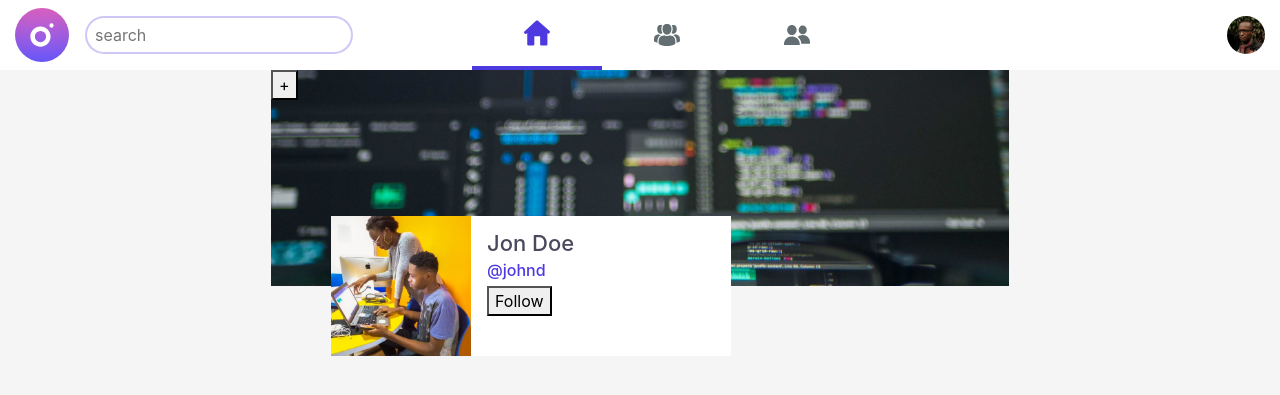
Repository: Flovet-stack/memic
Page: admin-profile.html
These files come from the project's save history. The page is drawn as it stood at one moment and after a run of saves; the edit follows.
The browser window is 1280 px wide. The pictures show the whole page.
Some web fonts or font styles are not loaded; a fallback is used.

Above is the page before, as saved 2020-10-27 23:12:40.
Console error: TypeError: Cannot read properties of undefined (reading 'fn')

### admin-profile.html
<!DOCTYPE html>
<html lang="en">
<head>
    <meta charset="UTF-8">
    <meta name="viewport" content="width=device-width, initial-scale=1.0">
    <link rel="icon" type="image/png" sizes="32x32" href="assets/images/faceit.svg">
    <!-- custom styles -->
    <link rel="stylesheet" href="css/home.css">
    <link rel="stylesheet" href="css/admin-profile.css">

    <!-- custom fonts -->
    <link rel="stylesheet" href="/usr/share/fonts/opentype/malayalam/Manjari-Regular.otf">

    <!-- bootstrap css styles -->
    <link rel="stylesheet" href="dist/css/bootstrap.min.css">
    <title>memes | Home</title>
</head>
<body>
    <!-- start of the home page design template -->

    <!-- start of the head section of the page -->
    <div class="home-head container-fluid">
        <div class="row">
            <div class="home-head-sec-1">
                <div class="logo"><img src="assets/images/faceit.svg" alt=""></div>
                <form>
                    <input data-toggle="tooltip" title="search" type="text" name="" id="" placeholder="search">
                </form>
            </div>
            <div class="home-head-sec-2">
                <a data-toggle="tooltip" title="Home" class="active" href="#">
                    <img class="primary-icon" src="assets/icons/house.svg" alt="">
                    <img class="secondary-icon" src="assets/icons/house-primary.svg" alt="">
                </a>
                <a data-toggle="tooltip" title="Groups" href="#">
                    <img class="primary-icon" src="assets/icons/user-group.svg" alt="">
                    <img class="secondary-icon" src="assets/icons/user-group-primary.svg" alt="">
                </a>
                <a data-toggle="tooltip" title="Friends" href="#">
                    <img class="primary-icon" src="assets/icons/friends.svg" alt="">
                    <img class="secondary-icon" src="assets/icons/friends-primary.svg" alt="">
                </a>
            </div>
            <div class="home-head-sec-3">
                <div class="user-menu">
                    <img src="assets/images/avatar.jpg" alt="">
                </div>
            </div>
        </div>
    </div>
    <!-- end of the head section of the page -->
    <!-- start of the body section of the page -->
    <div class="home-body container-fluid">
        <div class="row">
            <div class="home-center">
                <div class="container-fluid">
                    <div class="profile-card">
                        <div class="profile-cover" style="background: url(assets/images/kevin-ku-w7ZyuGYNpRQ-unsplash.jpg);">
                            <div class="profile-info">
                                <div class="profile-info-pic"><img src="assets/images/Pic.jpg" alt=""></div>
                                <div class="profile-info-details">
                                    <h3>Jon Doe</h3>
                                    <h5>@johnd</h5>
                                    <button class="follow-btn">Follow</button>
                                </div>
                            </div>
                            <button class="change-cover-photo">+</button>
                        </div>
                    </div>
                </div>
            </div>
        </div>
    </div>
    <!-- end of the head section of the page -->

    <!-- end of the home page design template -->

    <script src="dist/js/bootstrap.min.js"></script>
    <script src="https://code.jquery.com/jquery-3.5.1.slim.min.js"
        integrity="sha384-DfXdz2htPH0lsSSs5nCTpuj/zy4C+OGpamoFVy38MVBnE+IbbVYUew+OrCXaRkfj"
        crossorigin="anonymous"></script>
</body>
</html>

### css/home.css
@import 'main-styles.css';
@import 'user-card.css';
@import 'post-card.css';

.home-head {
    width: 100vw;
    height: 70px;
    /* background-color: var(--white-shade-1); */
    background-color: var(--white) !important;
    /* border-bottom: var(--border); */
    padding: var(--padding-1) var(--padding-3);
    position: fixed;
    z-index: 9;
}
.home-head .row {
    text-align: center;
    justify-content: space-between;
}
.home-head-sec-1 {
    width: calc((100vw - 740px) / 2);
    height: calc(70px - (var(--padding-1) * 2));
    display: flex;
}
.home-head-sec-1 .logo {
    height: 100%;
    width: auto;
    display: grid;
    align-items: center;
    justify-content: center;
}
.home-head-sec-1 .logo img {
    height: calc(70px - (var(--padding-1) * 2));
    width: calc(70px - (var(--padding-1) * 2));
}
.home-head-sec-1 form {
    height: 100%;
    width: auto;
    display: grid;
    align-items: center;
    margin-left: var(--padding-2);
}
.home-head-sec-1 form input {
    height: 70%;
    width: auto;
    display: grid;
    justify-content: center;
    outline: none;
    padding: 0 var(--padding-1);
    border: 2px solid var(--secondary-overlay);
    border-radius: var(--border-radius);
    transition-duration: var(--duration);
}
.home-head-sec-1 form input:focus {
    border: 3px solid var(--secondary-overlay);
    transition-duration: var(--duration);
    height: 85%;
}
.home-head-sec-2 {
    height: calc(70px - (var(--padding-1) * 2));
    max-width: 740px;
    width: 740px;
    display: flex;
    align-items: center;
    justify-content: center;
}
.home-head-sec-2 a {
    width: 130px;
    height: 100%;
    display: flex;
    align-items: center;
    justify-content: center;
    outline: none;
    border-radius: var(--border-radius);
    transition-duration: var(--duration);
}
.home-head-sec-2 a:hover {
    background-color: var(--white-shade-1);
    transition-duration: var(--duration);
}
.home-head-sec-2 a img{
    width: 20%;
}
.home-head-sec-3 {
    text-align: right;
    display: grid;
    align-content: center;
    /* background-color: red; */
    width: calc((100vw - 740px) / 2.5);
    height: calc(70px - (var(--padding-1) * 2));
}
.secondary-icon{
    display: none;
}
.home-head-sec-2 a.active {
    height: 70px !important;
    border-radius: 0 !important;
    background-color: transparent;
    border-bottom: 4px solid var(--secondary-color);
}
.home-head-sec-2 .active:hover {
    background-color: transparent !important;
}
.active .secondary-icon {
    display: block;
}
.active .primary-icon {
    display: none;
}
.home-head-sec-3 .user-menu img {
    width: calc(70px - (var(--padding-2) * 2));
    height: calc(70px - (var(--padding-2) * 2));
    border-radius: var(--circular-radius);
}
/* @media (min-width: 768px) {
  .container {
    max-width: 720px;
  }
}

@media (min-width: 992px) {
  .container {
    max-width: 960px;
  }
}

@media (min-width: 1200px) {
  .container {
    max-width: 1140px;
  }
} */

/* start of the home body section */
.home-body {
    width: 100vw;
    /* height: calc(100vh - 70px); */
}
.home-left {
    width: 20vw;
    height: calc(100vh - 70px);
    padding: var(--padding-2);
    position: fixed;
    top: 70px;
    left: 0;
    background-color: var(--white);
}
.home-center {
    /* border-top: var(--border); */
    position: absolute;
    left: 20vw;
    top: 70px;
    width: 60vw;
    height: auto;
    box-sizing: border-box !important;
}
.home-center-sub {
    margin: var(--padding-2) auto;
    width: 75% !important;
    min-width: 430px;
}
.home-right {
    width: 20vw;
    height: calc(100vh - 70px);
    background-color: var(--white);
    position: fixed;
    top: 70px;
    right: 0;
    padding: var(--padding-2);
}
/* end of the home body section */
/* start of the home left section */
.home-left .user-card {
    width: 100%;
}
.home-left .user-card:hover {
    background-color: var(--transparent-overlay);
}
.home-left .user-card .card-time {
    display: none;
}
#home-left-nav-1 {
    width: 100%;
    height: auto;
    margin-top: var(--padding-3) !important;
    padding: 0;
}
.home-left ul {
    width: 100%;
    height: auto;
}
.home-left .nav-item {
    list-style-type: none;
    width: 100%;
    height: auto;
}
.home-left .nav-link {
    width: 100%;
    height: auto;
    font-size: var(--font-size-2);
    border-radius: var(--border-radius);
    background-color: transparent;
    color: var(--text-color);
    font-weight: 500;
    display: flex;
    transition: var(--duration);
}
.home-left .nav-link:hover {
    background-color: var(--transparent-overlay);
    transition: var(--duration);
}
.home-left .nav-link .nav-link-icon {
    width: 15%;
    display: flex;
    justify-content: right;
    align-items: center;
}
.home-left .nav-link .nav-link-detail {
    width: 80% !important;
    /* background-color: rgba(172, 255, 47, 0.596); */
    display: grid;
    align-items: center;
}
.nav-link-detail-text {
    font-size: var(--font-size-2);
    line-height: 18px;
}
.nav-link-detail-info {
    font-size: calc(var(--font-size-1) - 2px);
    line-height: 15px;
    color: var(--secondary-color);
}
.nav-link-icon img {
    width: 40px;
    height: 40px;
}
.home-left hr {
    width: 100%;
    border: none;
    height: 3px;
    background-color: var(--white-shade-2);
}
#home-left-nav-2 h6 {
    color: var(--text-color);
    font-weight: 600;
}
#home-left-footer {
    width: 100%;
    height: au;
    position: absolute;
    top: 100%;
    transform: translateY(-100%);
}
#home-left-footer ul {
    width: 100%;
    height: auto;
    padding: 0 !important;
    padding: 0 5px;
}
#home-left-footer li {
    display: inline-block;
    list-style-type: none;
    color: var(--border-color);
}
#home-left-footer li::after {
    content: '.';
    position: absolute;
    bottom: 50%;
    padding-left: 5px;
}
#home-left-footer li:last-child::after {
    content: '';
}
#home-left-footer a {
    color: var(--dark-overlay);
    font-size: calc(var(--font-size-1) - 3px);
}
#home-left-footer a:hover {
    color: var(--dark-overlay)
}
/* end of the home left section */
/* Start of the status section */
.home-center-top {
    width: 59.2vw;
    height: 3px;
    background-color: var(--white-shade-2);
    position: fixed;
    margin: 0 !important;
    z-index: 9;
    /* padding-top: var(--padding-2); */
}
.status-section {
    width: auto;
    height: 250px;
    display: flex;
    margin-bottom: var(--padding-2);
    transition-duration: var(--duration);
    padding: 0 !important;
}
.status-section:hover {
    transition-duration: var(--duration);
}
.status {
    width: 160px;
    height: 100%;
    border-radius: var(--border-radius);
    background-color: var(--white-shade-2);
    margin-right: var(--padding-1);
    background-repeat: no-repeat !important;
    background-position: center !important;
    background-size: cover !important;
    transition-duration: var(--duration);
}
.status:hover {
    position: relative;
    transform: scale(1.03);
    z-index: 2;
    transition-duration: var(--duration);
}
.status:hover .status-sub {
    background-color: var(--secondary-overlay);
    transition-duration: var(--duration);
}
.status-sub {
    padding-top: var(--padding-2);
    width: 100%;
    height: 100%;
    border-radius: var(--border-radius);
    background: linear-gradient( 130deg, var(--dark-overlay), transparent);
    transition-duration: var(--duration);
}
.status-sub .user-card {
    margin: 0 auto;
    transform: scale(.9);
}
.status-sub .user-card-pic {
    border: 3px solid var(--secondary-color);
}
.status-sub .username,
.status-sub .card-time {
    color: var(--white);
}
/* end of the status section */
/* Start of the right sidebar section */
.home-right .event-section {
    width: 100%;
    height: auto;
}
.right-sidebar-event {
    width: 100%;
    height: auto;
    background-color: transparent;
    display: flex;
    /* transform: scale(.97); */
    border-radius: calc(var(--border-radius));
    transition-duration: var(--duration);
    text-decoration: none;
}
.right-sidebar-event:hover {
    background-color: var(--white-shade-1);
    transition-duration: var(--duration);
    text-decoration: none;
}
.right-sidebar-event-img {
    width: 35%;
    height: auto;
    transform: scale(.9);
}
.right-sidebar-event-img img {
    width: 100%;
    border-radius: calc(var(--border-radius));
}
.right-sidebar-event-details {
    width: 65%;
    display: grid;
    align-content: center;
    padding-left: var(--padding-1);
    color: var(--text-color)
}
.right-sidebar-event-details h5 {
    font-size: var(--font-size-2);
    line-height: .5;
    font-weight: 600;
}
.right-sidebar-event-details h6 {
    font-size: var(--font-size-1);
}
.home-right hr {
    width: 100%;
    border: none;
    height: 3px;
    background-color: var(--white-shade-2);
}
.home-right-notification {
    width: 100%;
    height: auto;
}
.home-right-notification h6 {
    margin-top: var(--padding-2);
    color: var(--text-color);
}
.notification-reply {
    margin-top: var(--padding-1);
    width: 100%;
    height: auto;
    display: flex;
    justify-content: space-between;
}
.notification-reply button {
    width: 49%;
    height: 40px;
    border-radius: var(--border-radius);
    border: none;
    color: var(--text-color);
    transition-duration: var(--duration);
    font-weight: 600;
    outline: none !important;
}
.notification-reply button:hover {
    background-color: var(--white-shade-1);
    transition-duration: var(--duration);
}
.notification-reply button.confirm-request {
    background-color: var(--secondary-color);
    color: var(--white);
    transition-duration: var(--duration);
}
.notification-reply button.confirm-request:hover {
    background-color: var(--secondary-overlay);
    transition-duration: var(--duration);
    color: var(--text-color);
}
/* end of the right sidebar section */

@media (max-width: 768px) {
    .home-head-sec-2 {
        margin: 0 auto;
        width: 340px;
    }
    .home-head-sec-1 form,
    .home-head-sec-3 {
        width: 0px;
        display: none;
        margin: 0 auto;
    }
    .home-head-sec-1 .logo img {
        height: calc(70px - (var(--padding-2) * 2));
        width: calc(70px - (var(--padding-2) * 2));
    }
    .status-section {
        display: none;
    }
    .home-center {
        width: 100vw;
        position: absolute;
        left: 0;
    }
    .post-card {
        width: 100%;
        margin: var(--padding-2) auto;
    }
    .home-right,
    .home-left {
        display: none;
        width: 0px;
    }
}

@media (min-width: 992px) {
    /* .post-card {
        width: 960px;
    } */
}

@media (min-width: 1200px) {
}

### css/admin-profile.css
.profile-card {
    width: 100%;
    height: auto;
    background-color: red;
}
.profile-cover {
    width: 100%;
    height: 30vh;
    background-color: blue;
    background-size: 100% !important;
    background-position: center !important;
}
.profile-info {
    width: 400px;
    height: 140px;
    background-color: var(--white);
    position: absolute;
    top: 100%;
    transform: translate(15%, -50%);
    display: flex;
    /* border-radius: 70px; */
}
.profile-info-pic {
    width: 140px;
    height: 140px;
    background-color: var(--secondary-color);
}
.profile-info-pic img {
    width: 100%;
    height: 100%;
}
.profile-info-details {
    padding: var(--padding-2);
}
.profile-info-details h3 {
    color:var(--text-color);
    font-size: var(--font-size-4);
    line-height: 1;
}
.profile-info-details h5 {
    color:var(--secondary-color);
    font-size: var(--font-size-1);
    line-height: 1;
}

### css/main-styles.css
:root {
    /* color palette */
    --white: #fff;
    /* --white: #1e272e !important; */
    --white-shade-0: rgb(253, 253, 253);
    --white-shade-1: #f0f8ff;
    --white-shade-2: #ececec79;
    --white-shade-3: #d0d0d0;
    --border-color: #b2bec3;
    --primary-color: #636E72;
    /* --secondary-color: #6c5ce7; */
    --secondary-color: #4d39e0;
    --secondary-overlay: #4d39e046;
    /* --secondary-overlay: #6c5ce746; */
    --red: #d63031;
    /* --red: #970f3c; */
    --dark-overlay: rgba(10, 2, 19, 0.479);
    --transparent-overlay: #ebf6ff;
    --transparent-overlay-2: #d0d0d059;

    /* text-editing */
    --font-size-1: 16px;
    --font-size-2: 18px;
    --font-size-3: 20px;
    --font-size-4: 22px;
    --normal: 400;
    --light: 200;
    --thick: 600;
    --font-family: Manjari;
    --text-color: rgb(73, 72, 93);
    /* --text-color: #fff; */

    /* box-styling */
    --padding-1: .5rem;
    --padding-2: 1rem;
    --padding-3: 2rem;
    --border-radius: 50px;
    --circular-radius: 50%;
    --border: 2px solid var(--white-shade-2);

    /* animations */
    --duration: .5s;
}

body {
    box-sizing: border-box;
    font-family: var(--font-family);
    overflow-x: hidden;
    background-color: var(--white-shade-2) !important;
}
.row {
    margin-right: 0 !important;
    margin-left: 0 !important;
}
a {
    outline: none !important;
}

### css/user-card.css
/* start of the user card styling */
.user-card {
    width: 150px;
    height: 50px;
    display: flex;
    color: var(--white);
    text-decoration: none;
    border-radius: var(--border-radius);
    transition-duration: var(--duration);
}
.user-card:hover {
    text-decoration: none;
    background-color: var(--transparent-overlay-2);
    transition-duration: var(--duration);
}
.user-card-pic {
    width: 50px;
    height: 50px;
    border-radius: var(--circular-radius);
    background-repeat: no-repeat !important;
    background-position: center !important;
    background-size: cover !important;
}
.user-card-detail {
    width: auto;
    height: 50px;
    padding-left: var(--padding-1);
    color: var(--text-color);
    display: grid;
    align-content: center;
}
.username {
    font-size: var(--font-size-2);
    font-weight: 600;
}
.card-time {
    font-size: var(--font-size-1);
    color: var(--secondary-color);
}
/* end of the user card styling */

### css/post-card.css
.post-card {
    width: 80%;
    margin: var(--padding-2) auto;
    background-color: var(--white);
    border-radius: var(--border-radius);
    padding: var(--padding-2) 0;
    /* background-color: var(--transparent-overlay); */
    background-color: var(--white);
    border: var(--border);
}
.post-card .user-card {
    margin-left: var(--padding-2);
}
/* .post-card .user-card:hover {
    background-color: var(--secondary-overlay);
} */
.post-card img {
    width: 100%;
}
.post-img {
    transform: scale(.97);
    border-radius: var(--border-radius) !important;
    background-color: var(--transparent-overlay);
}
.post-card-footer {
    margin-top: var(--padding-1);
    padding: 0 var(--padding-2);
    width: 100%;
    display: flex;
    height: auto;
}
.react,
.actions {
    width: 50%;
    height: 50px;
    display: grid;
    align-items: center;
}
.react-sub,
.actions-sub {
    width: 100%;
    height: 100%;
    display: flex;
    text-align: left;
}
.actions-sub {
    flex-direction: row-reverse;
}
.actions-sub a {
    flex-direction: row-reverse;
    margin-right: 0 !important;
    margin-left: var(--padding-1) !important;
}
.react-sub a,
.actions-sub a {
    width: 50px;
    height: 50px;
    background-color: transparent;
    margin-right: var(--padding-1);
    display: flex;
    align-items: center;
    justify-content: center;
    border-radius: var(--circular-radius);
}
.react-sub a img,
.actions-sub a img {
    width: 60%;
    height: auto;
    padding: 0 !important;
    transition-duration: var(--duration);
    border-radius: none !important;
}
.react-sub a:hover,
.actions-sub a:hover {
    background-color: var(--secondary-overlay);
    transition-duration: var(--duration);
}
.react-sub .dislike img{
    transform: rotatez(180deg) !important;
}
.share-options {
    height: auto;
    /* width: 0px; */
    width: calc((30px * 4) + ((var(--padding-1) * 2) * 6));
    background-color: var(--white);
    border-radius: var(--border-radius);
    padding:  var(--padding-1);
    /* box-shadow: 4px 4px 10px 3px var(--white-shade-2); */
    position: absolute;
    /* left: 100px; */
    margin-top: -60px;
    /* margin-left: 200px; */
    transform: scale(.9);
    transition-duration: 1s;
}
.share-options ul {
    width: auto;
    padding: 0 !important;
    margin: 0 !important;
}
.share-options li {
    width: auto;
    display: inline-block;
}
.share-options a{
    padding: var(--padding-1);
    /* background-color: red; */
}
.share-options a:hover {
    background-color: transparent;
}
.share-options a img{
    width: 30px;
    height: 30px;
    padding: .2rem !important;
    transition-duration: var(--duration);
}
.share-options a img:hover {
    transform: scale(1.3);
    transition-duration: var(--duration);
}
.share-icon {
    transition-duration: 1s
}
.share-icon:hover ~ .share-options {
    transition-duration: 1s;
    transform: scale(1);
}

.comment-section {
    width: 100%;
    padding: 0 var(--padding-2);
}
.comment-section h4 {
    font-size: var(--font-size-1);
    color: var(--text-color);
    font-weight: 600;
    margin-bottom: var(--padding-2);
}
.comment-form {
    display: flex;
    justify-content: space-between;
    margin-bottom: var(--padding-3);
}
.comment-form img {
    width: 50px;
    height: 50px;
    padding: 0 !important;
    border-radius: var(--circular-radius);
    margin-right: var(--padding-2);
}
.comment-form textarea {
    width: 75%;
    height: 50px;
    outline: none;
    font-size: var(--font-size-2);
    color: var(--text-color);
    padding: var(--padding-1) var(--padding-2);
    border: 1px solid var(--white);
    border-radius: var(--border-radius);
    transition-duration: var(--duration);
    margin-right: var(--padding-1);
    background-color: var(--white-shade-2);
}
.comment-form textarea:hover {
    border: 1px solid var(--secondary-overlay);
    transition-duration: var(--duration);
}
.comment-form textarea:focus {
    border: 1px solid var(--secondary-overlay);
    background-color: var(--white);
    transition-duration: var(--duration);
}
.comment-form button {
    outline: none !important;
    background-color: var(--secondary-overlay);
    border: none;
    border-radius: var(--circular-radius);
    color: var(--white);
    transition-duration: var(--duration);
}
.comment-form button:hover {
    outline: none;
    background-color: var(--secondary-color);
    transition-duration: var(--duration);
}
.comment {
    width: 95%;
    margin: 0 auto;
    height: auto;
    /* border-bottom: var(--border); */
}
.comment .user-card {
    margin: 0 !important;
}
.comment .user-card-pic {
    width: 30px;
    height: 30px;
    margin-top: 10px;
}
.comment .username {
    font-size: var(--font-size-1);
    line-height: .5;
}
.comment .card-time {
    font-size: calc(var(--font-size-1) - 2px) !important;
    /* line-height: .5; */
}
.comment .comment-content p {
    width: auto;
    height: auto;
    color: var(--text-color);
    margin: 0 calc(var(--padding-1) * 7);
    background-color: var(--white-shade-1);
    padding: var(--padding-1) var(--padding-3);
    border-radius: var(--border-radius);

    /* line-height: 5px; */
}
.comment .comment-like {
    height: 20px;
    font-size: calc(var(--font-size-1) - 2px);
    padding: 0 var(--padding-1);
    border-radius: var(--border-radius);
    position: relative;
    border: none;
    outline: none;
    /* bottom: 100%; */
    left: calc(100% - ((var(--padding-1) * 7) + 1.5rem));
    background-color: var(--secondary-color);
    color: var(--white);
    transition-duration: var(--duration);
    transform: translateY(-125%);
    display: flex;
    align-items: center;
    justify-content: center;
}
.comment .comment-like:hover {
    padding: 0 calc(var(--padding-1) + .1rem);
    transition-duration: var(--duration);
    background-color: var(--secondary-overlay);
}
.comment .comment-like img {
    width: 15px;
    height: 15px;
    margin-left: .3rem;
    transform: translateY(-1.5px);
}

/* @media (min-width: 768px) {
}

@media (min-width: 992px) {
}

@media (min-width: 1200px) {
} */

Loaded but not shown: dist/css/bootstrap.min.css (library); dist/js/bootstrap.min.js (library)

After the next 2 saves:
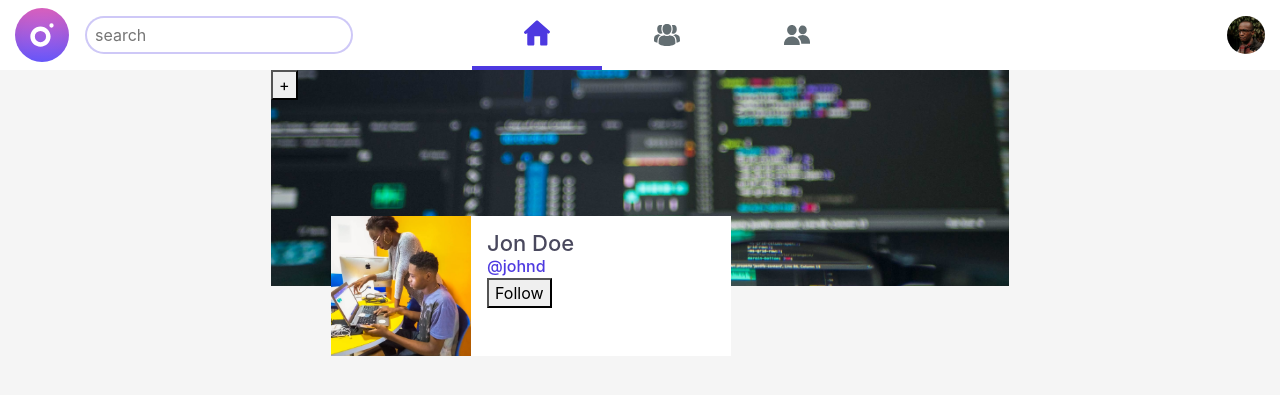
The 2 saves are shown as one change because they came seconds apart.
The last was saved 9 s later.
--- a/css/admin-profile.css
+++ b/css/admin-profile.css
@@ -40,5 +40,5 @@
 .profile-info-details h5 {
     color:var(--secondary-color);
     font-size: var(--font-size-1);
-    line-height: 1;
+    line-height: .5;
 }
